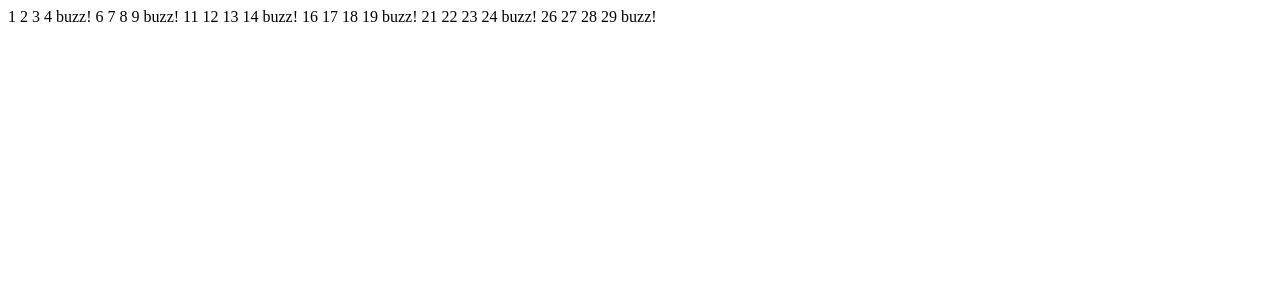
Repository: sxunta/samurai_HTML-CSS
Page: http://localhost/for.php
The author's editor kept a record of every edit. The page is drawn from the files as they stood at one moment, then again after the next edit.
The browser window is 1280 px wide. The pictures show the whole page.
The page is run by PHP 8.4 with error messages shown; the project is at /var/www/html/.

Above is the page before.

After the next edit:
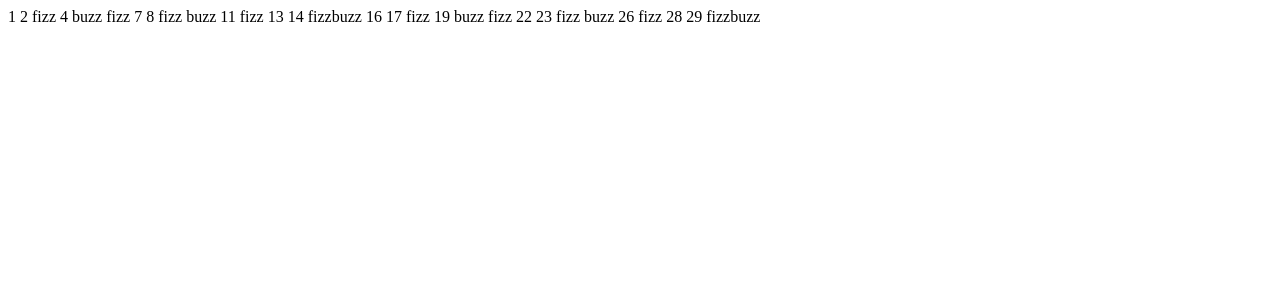
The edit:
--- a/for.php
+++ b/for.php
@@ -1,8 +1,14 @@
 <?php
 for ($i = 1; $i < 31; $i++) {
-    if($i % 5 == 0){
-        print("buzz!"."\n");
-    }else{
-        print($i."\n");
-    }
+    if($i % 15 == 0) {
+ print("fizzbuzz"."\n");
+}elseif($i % 5 == 0) {
+ print("buzz"."\n");
+}elseif($i % 3 == 0) {
+ print("fizz"."\n");
+}else{
+    print($i."\n");
 }
+
+}
+?>
